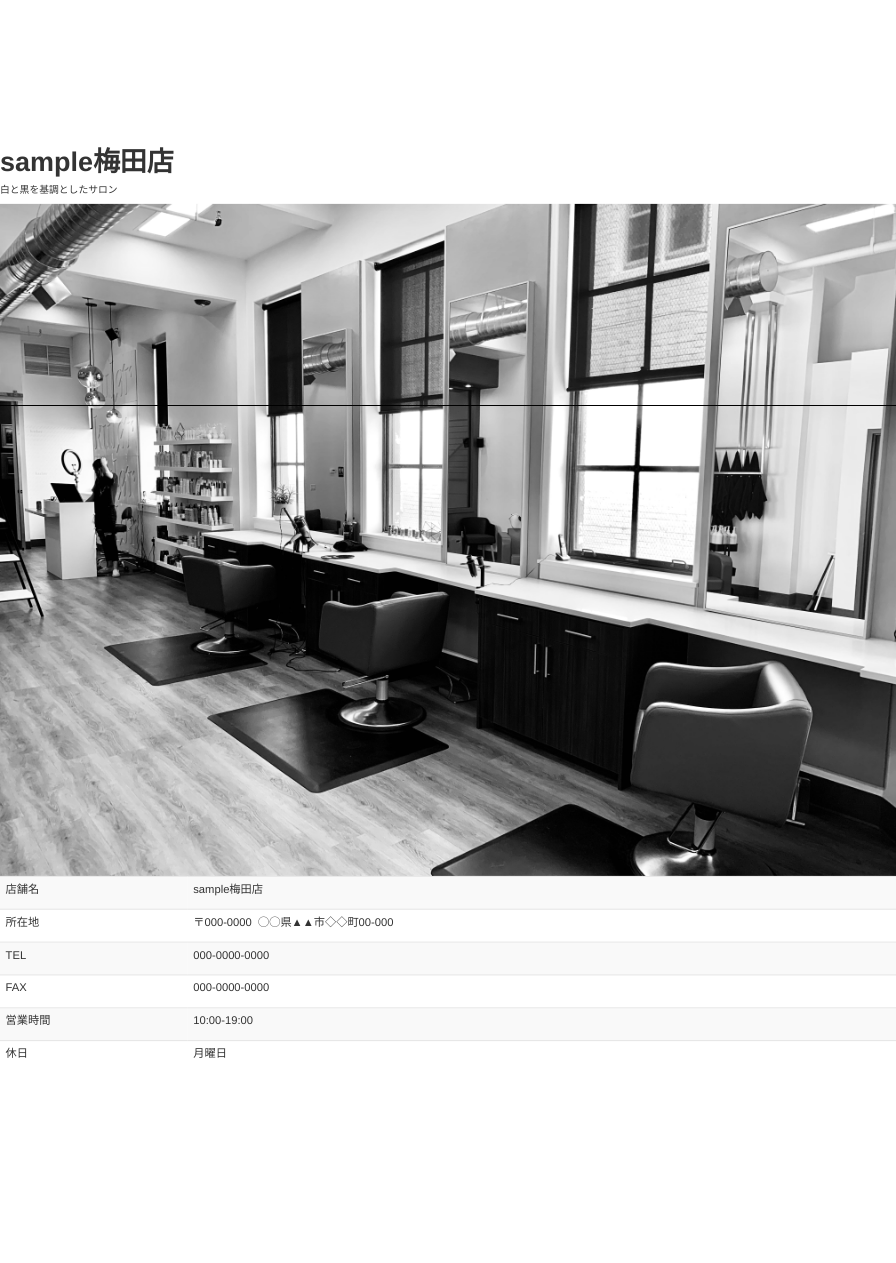
Repository: hayashikazuki/side_job_tenp_hayashi
Page: salon-tenp/profile.html
The author's editor kept a record of every edit. The page is drawn from the files as they stood at one moment, then again after the next edit.
The browser window is 1280 px wide. The pictures show the part of the page from y = 2325 to 4245 px (the page is 4129 px tall before and 4245 px after), at 70% of full size.
Pictures or frames that could not be fetched are drawn as grey boxes. Some web libraries are served in a nearby version.

Above is the page before.

After the next edit:
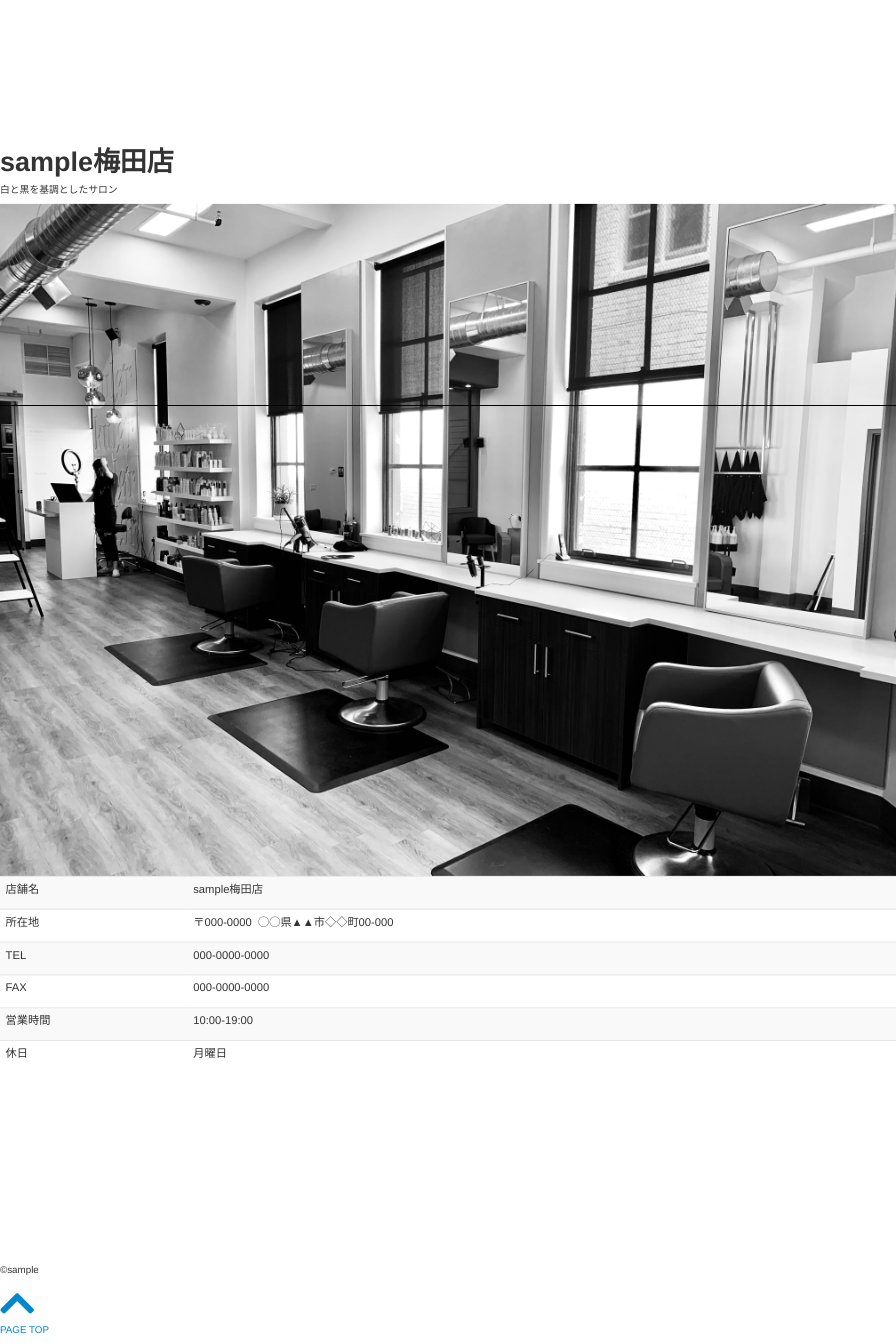
The edit:
--- a/salon-tenp/profile.html
+++ b/salon-tenp/profile.html
@@ -130,5 +130,17 @@
             aria-hidden="false" tabindex="0"></iframe>
         </section>
 
+        <footer>
+            <p>&copy;sample</p>
+        </footer>
+
+
+        <div class="top-btn">
+            <a href="#top">
+                <i class="fas fa-chevron-up my-black fa-4x faa-bounce animated"></i>
+                <p>PAGE TOP</p>
+            </a>
+        </div>
+
     </body>
 </html>
